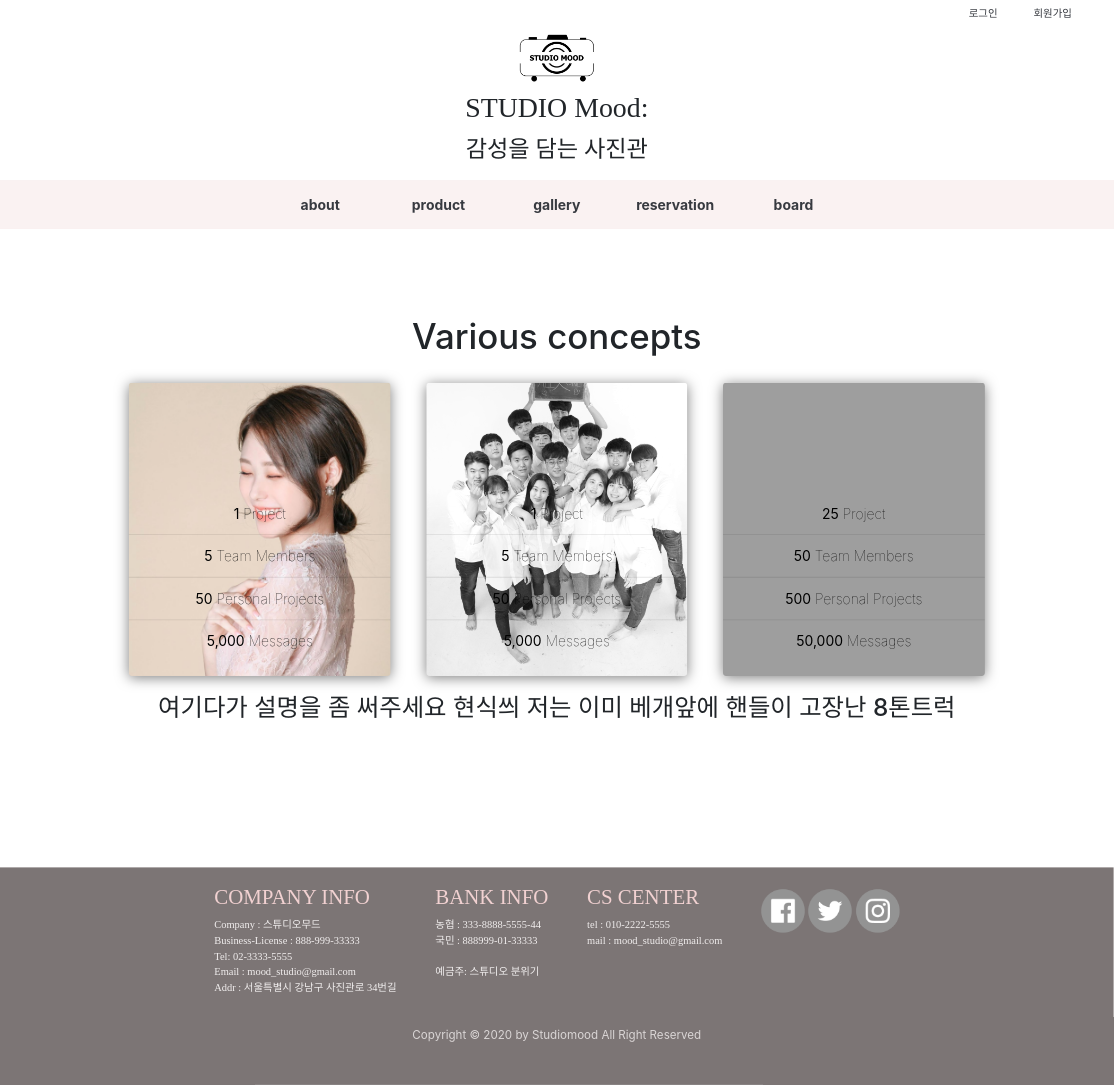
Repository: seugju/HSDsemi
Page: http://localhost/studioMood/views/product/product.jsp
These files come from the project's save history. The page is drawn as it stood at one moment and after the next save; the edit follows.
The browser window is 1280 px wide. The pictures show the whole page, at 87% of full size.
Pictures or frames that could not be fetched are drawn as grey boxes. Some web fonts or font styles are not loaded; a fallback is used. The page is served by Tomcat 9.

Above is the page before, as saved 2020-12-02 16:42:35.

After the next save:
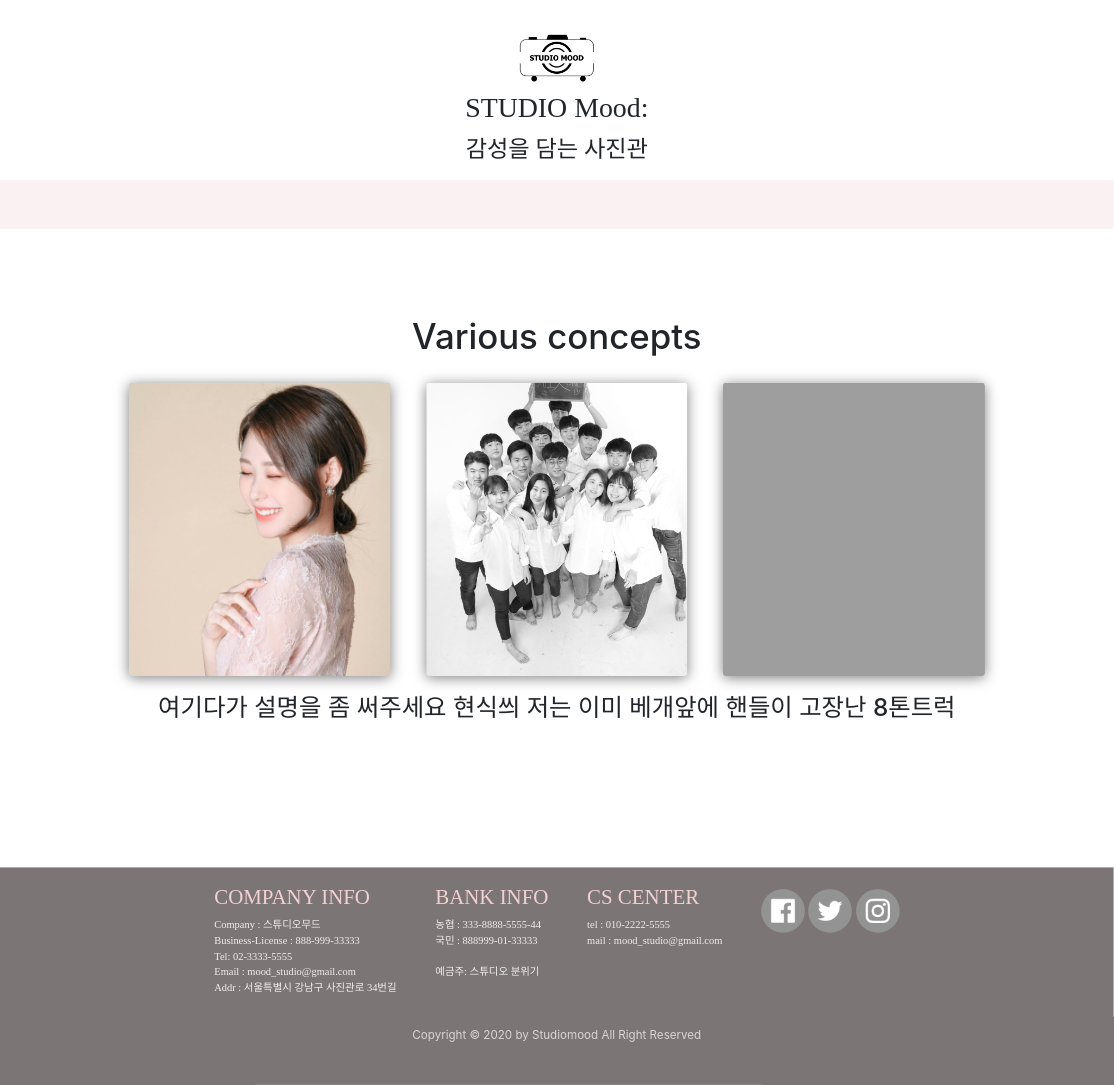
Saved 28 s later.
--- a/project-workspace/studioMood/WebContent/views/product/product.jsp
+++ b/project-workspace/studioMood/WebContent/views/product/product.jsp
@@ -121,7 +121,7 @@
   transition: all 0.4s ease-in-out;
 
 }
-.opacity-div p,h5{
+.opacity-div p,h5,ul{
 	opacity:0;
 }
 

After the 2 saves that followed:
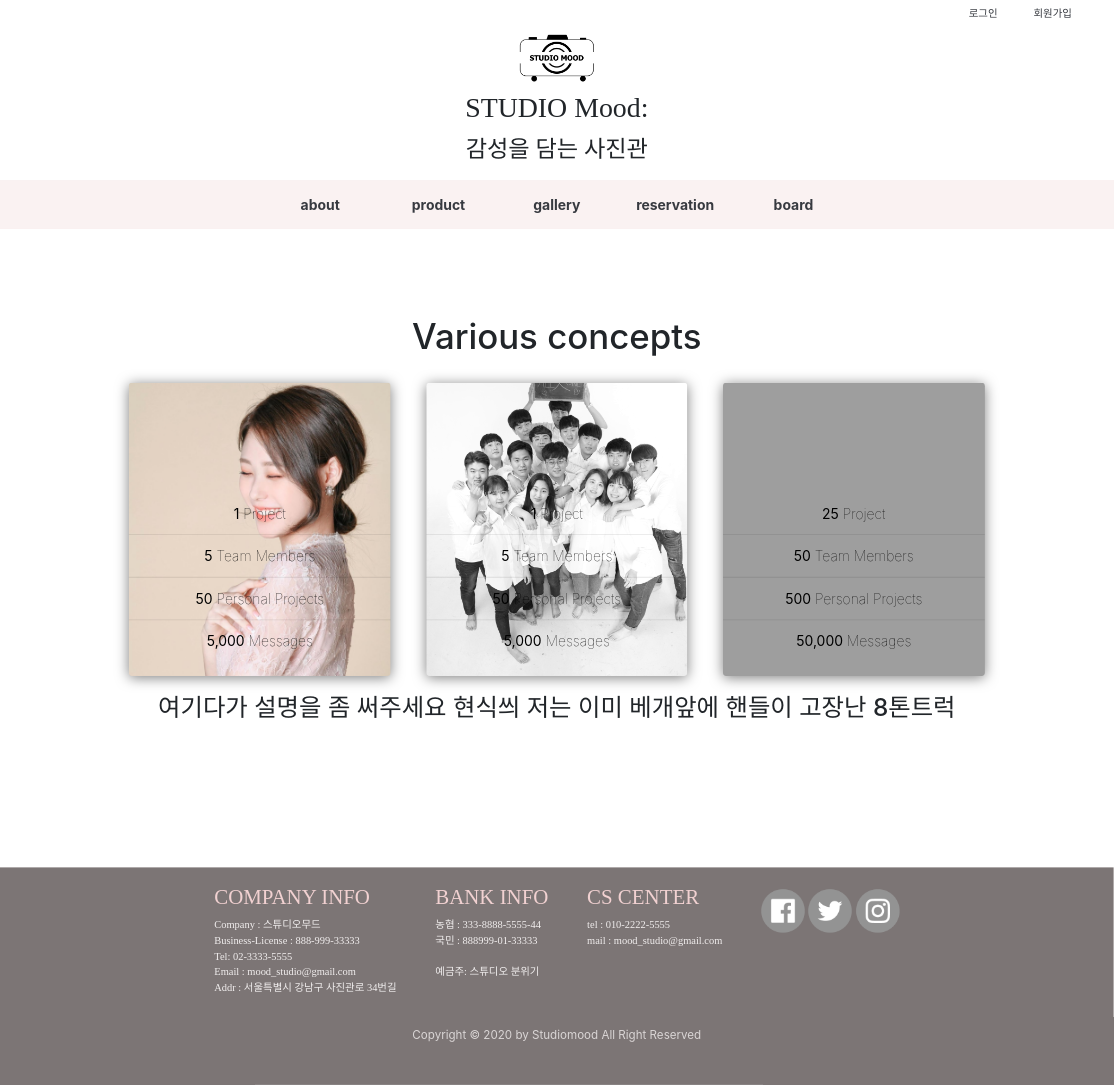
The 2 saves are shown as one change because 1 left the picture as it was.
The last was saved 24 s later.
--- a/project-workspace/studioMood/WebContent/views/product/product.jsp
+++ b/project-workspace/studioMood/WebContent/views/product/product.jsp
@@ -121,7 +121,7 @@
   transition: all 0.4s ease-in-out;
 
 }
-.opacity-div p,h5,ul{
+.opacity-div p,h5{
 	opacity:0;
 }
 
